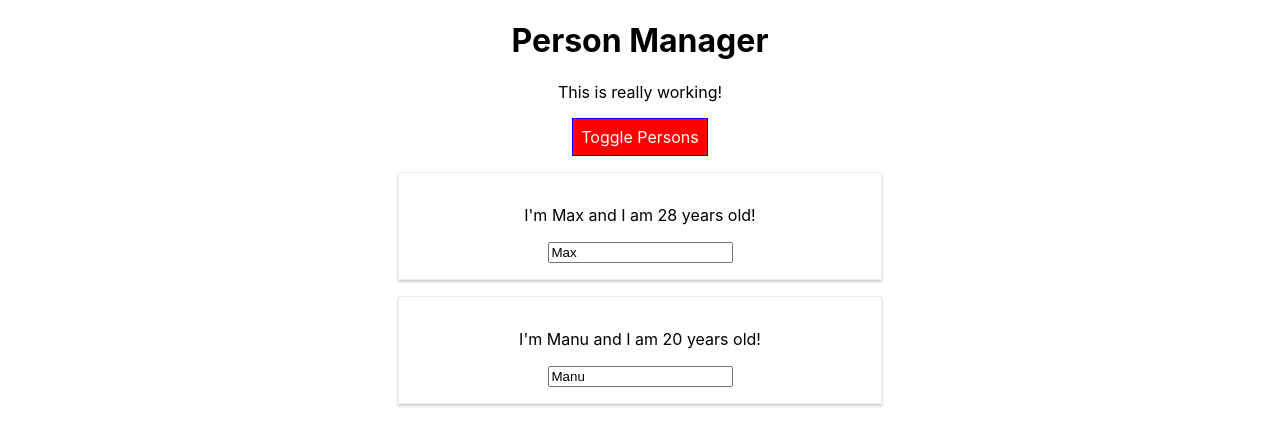
Repository: AidanHak/udemy-react-guide
Page: /, after clicking the first element matching `button`
These files come from the project's save history. The page is drawn as it stood at one moment and after the next save; the edit follows.
The browser window is 1280 px wide. The pictures show the whole page.
The project was rebuilt for these pictures with package versions that can differ from the ones it lists, and the page was loaded fresh each time. Also part of the build but not shown: src/components/ErrorBoundary/ErrorBoundary.js.

Above is the page before, as saved 2021-03-09 14:31:17.

After the next save:
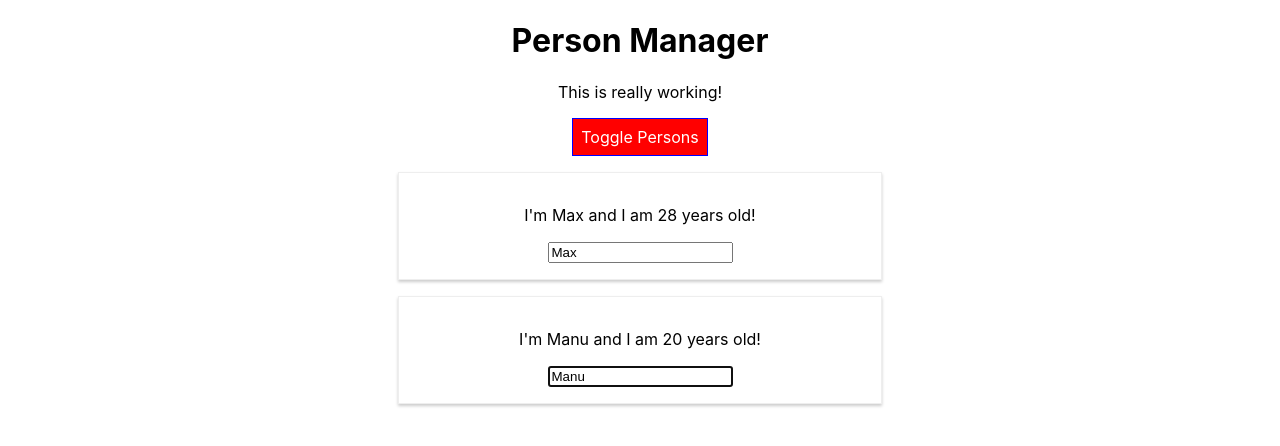
Saved 11 min 27 s later.
--- a/src/components/Persons/Person/Person.js
+++ b/src/components/Persons/Person/Person.js
@@ -6,13 +6,30 @@ import withClass from '../../../hoc/withClass';
 import styles from './Person.module.css';
 
 class Person extends Component {
+	constructor(props) {
+		super(props);
+		this.inputElementRef = React.createRef();
+	}
+
+	componentDidMount() {
+		//this.inputElement.focus();
+		this.inputElementRef.current.focus();
+	}
+
 	render() {
 		console.log('[Person.js] rendering...');
 		return (
 			<Auxiliary>
 				<p key="pI1" onClick={this.props.click}>I'm {this.props.name} and I am {this.props.age} years old!</p>
 				<p key="pI2">{this.props.children}</p>
-				<input type="text" key="pI3" value={this.props.name} onChange={this.props.nameChange} />
+				<input
+					key="pI3"
+					//ref={(inputEl) => {this.inputElement = inputEl}}
+					ref={this.inputElementRef}
+					type="text"
+					value={this.props.name}
+					onChange={this.props.nameChange}
+				/>
 			</Auxiliary>
 		);
 	}
